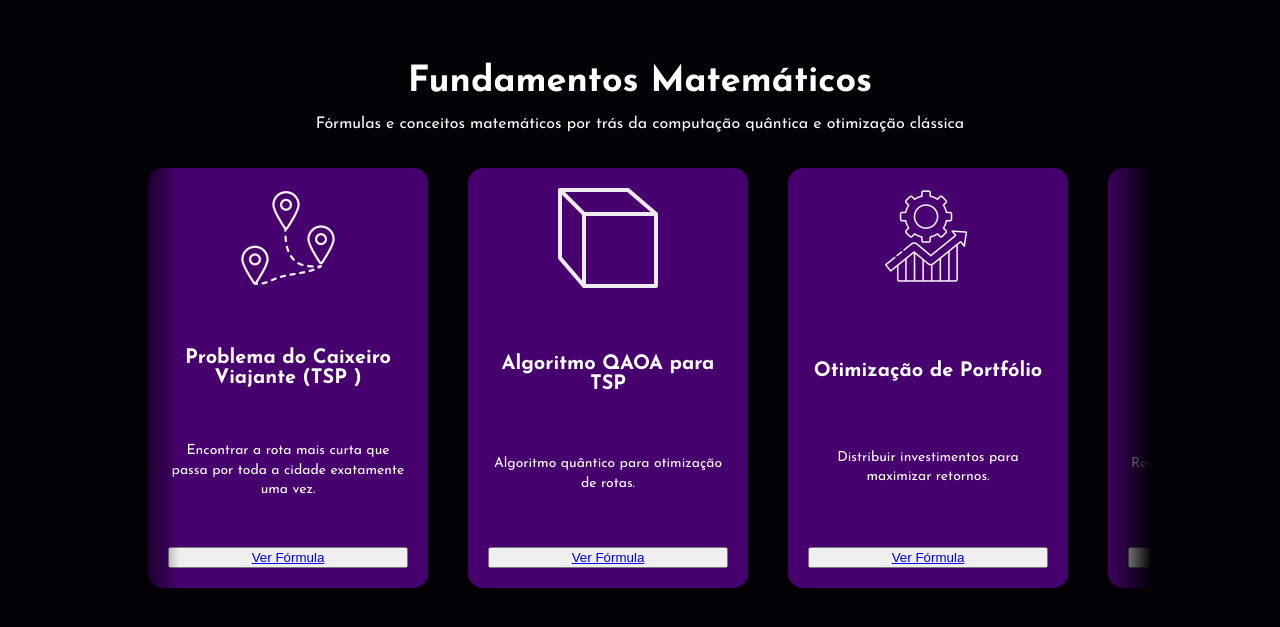
Repository: Everson9/Projeto-de-escalabilidade-quantica-definitivo
Page: fundamentos.html
These files come from the project's save history. The page is drawn as it stood at one moment and after the next save; the edit follows.
The browser window is 1280 px wide. The pictures show the whole page.

Above is the page before, as saved 2025-10-01 09:54:03.

### fundamentos.html
<!DOCTYPE html>
<html lang="pt-br">
<head>
    <meta charset="UTF-8">
    <meta name="viewport" content="width=device-width, initial-scale=1.0">
    <title>Carrossel Infinito</title>
    <link rel="stylesheet" href="fundamentos.css">
    <link href="https://fonts.googleapis.com/css2?family=Josefin+Sans:wght@400;700&display=swap" rel="stylesheet">
</head>
<body>

    <div class="fundamentos-matematicos">
        <h1>Fundamentos Matemáticos</h1>
        <p>Fórmulas e conceitos matemáticos por trás da computação quântica e otimização clássica</p>
    </div>

    <!-- Container do Carrossel -->
    <div class="carousel-container">
        <div class="carousel-track">
            <!-- Cards Originais -->
            <div class="formula_1">
                <img src="imgs_icones/CaixeiroViajante.png" alt="Ícone do Problema do Caixeiro Viajante">
                <h4>Problema do Caixeiro Viajante (TSP )</h4>
                <p>Encontrar a rota mais curta que passa por toda a cidade exatamente uma vez.</p>
                <button class="button"><a href="caixeiroviajante.html">Ver Fórmula</a></button>
            </div>
            <div class="formula_1">
                <img src="imgs_icones/QAOA.png" alt="Ícone do Algoritmo QAOA">
                <h4>Algoritmo QAOA para TSP</h4>
                <p>Algoritmo quântico para otimização de rotas.</p>
                <button class="button"><a href="AlgoritmoQAOA.html">Ver Fórmula</a></button>
            </div>
            <div class="formula_1">
                <img src="imgs_icones/OtimizacaoPortfolio.png" alt="Ícone de Otimização de Portfólio">
                <h4>Otimização de Portfólio</h4>
                <p>Distribuir investimentos para maximizar retornos.</p>
                <button class="button"><a href="Portifolio.html">Ver Fórmula</a></button>
            </div>
            <div class="formula_1">
                <img src="imgs_icones/ComplexidadeComputacional.png" alt="Ícone de Complexidade Computacional">
                <h4>Complexidade Computacional</h4>
                <p>Resolver problemas que crescem com muitos elementos.</p>
                <button class="button"><a href="Complexidade.html">Ver Fórmula</a></button>
            </div>

            <!-- Cards Duplicados para o Efeito Infinito -->
            <div class="formula_1">
                <img src="imgs_icones/CaixeiroViajante.png" alt="Ícone do Problema do Caixeiro Viajante">
                <h4>Problema do Caixeiro Viajante (TSP)</h4>
                <p>Encontrar a rota mais curta que passa por toda a cidade exatamente uma vez.</p>
                <button class="button"><a href="caixeiroviajante.html">Ver Fórmula</a></button>
            </div>
            <div class="formula_1">
                <img src="imgs_icones/QAOA.png" alt="Ícone do Algoritmo QAOA">
                <h4>Algoritmo QAOA para TSP</h4>
                <p>Algoritmo quântico para otimização de rotas.</p>
                <button class="button"><a href="AlgoritmoQAOA.html">Ver Fórmula</a></button>
            </div>
            <div class="formula_1">
                <img src="imgs_icones/OtimizacaoPortfolio.png" alt="Ícone de Otimização de Portfólio">
                <h4>Otimização de Portfólio</h4>
                <p>Distribuir investimentos para maximizar retornos.</p>
                <button class="button"><a href="Portifolio.html">Ver Fórmula</a></button>
            </div>
            <div class="formula_1">
                <img src="imgs_icones/ComplexidadeComputacional.png" alt="Ícone de Complexidade Computacional">
                <h4>Complexidade Computacional</h4>
                <p>Resolver problemas que crescem com muitos elementos.</p>
                <button class="button"><a href="Complexidade.html">Ver Fórmula</a></button>
            </div>
        </div>
    </div>

</body>
</html>

### fundamentos.css
body {
    background-color: #030105;
    font-family: 'Josefin Sans', sans-serif;
    color: #fff;
    margin: 0;
    padding: 0;
    display: flex;
    flex-direction: column;
    align-items: center;
    justify-content: flex-start;
    text-decoration: none;
    overflow-x: hidden; /* Esconde a barra de rolagem horizontal */
}

.fundamentos-matematicos {
    text-align: center;
    color: white;
    margin-top: 40px;
    margin-bottom: 20px;
}

h1 {
    font-size: 36px;
    margin-bottom: 10px;
}

/* Estilos dos Cards */
.formula_1 {
    width: 240px;
    height: 380px;
    background-color: #7703BA96;
    border-radius: 15px;
    padding: 20px;
    display: flex;
    flex-direction: column;
    justify-content: space-between;
    box-shadow: 0 4px 8px rgba(0, 0, 0, 0.2);
    margin: 0 20px; /* Espaçamento entre os cards */
    flex-shrink: 0; /* Impede que os cards encolham */
}

.formula_1 h4 {
    font-size: 20px;
    margin-bottom: 10px;
    text-align: center;
}

.formula_1 img {
    width: 100px;
    height: 100px;
    margin: 0 auto;
}

.formula_1 p {
    text-align: center;
    font-size: 14px;
    line-height: 1.4;
    margin-top: 10px;
}


.button:hover {
    background-color: #ffffffc2;
    color: #030105;
}

/* --- Novas Classes para o Carrossel --- */

.carousel-wrapper {
    position: relative; /* Necessário para posicionar as setas */
    width: 100%;
    display: flex;
    align-items: center;
    justify-content: center;
}

.carousel-container {
    width: 80%; /* Ajuste a largura conforme necessário */
    overflow: hidden;
    -webkit-mask-image: linear-gradient(to right, transparent, black 5%, black 95%, transparent);
    mask-image: linear-gradient(to right, transparent, black 5%, black 95%, transparent);
}

.carousel-track {
    display: flex;
    /* Removemos a animação automática */
    transition: transform 0.5s ease-in-out; /* Adiciona uma transição suave */
}

.carousel-btn {
    position: absolute;
    top: 50%;
    transform: translateY(-50%);
    background-color: rgba(3, 1, 5, 0.8);
    color: white;
    border: 1px solid #7703BA;
    border-radius: 50%;
    width: 50px;
    height: 50px;
    display: flex;
    align-items: center;
    justify-content: center;
    font-size: 24px;
    cursor: pointer;
    z-index: 10;
    transition: background-color 0.3s, transform 0.2s;
}

.carousel-btn:hover {
    background-color: #7703BA;
    transform: translateY(-50%) scale(1.1);
}

#prev-btn {
    left: 20px; /* Posição da seta esquerda */
}

#next-btn {
    right: 20px; /* Posição da seta direita */
}

After the next save:
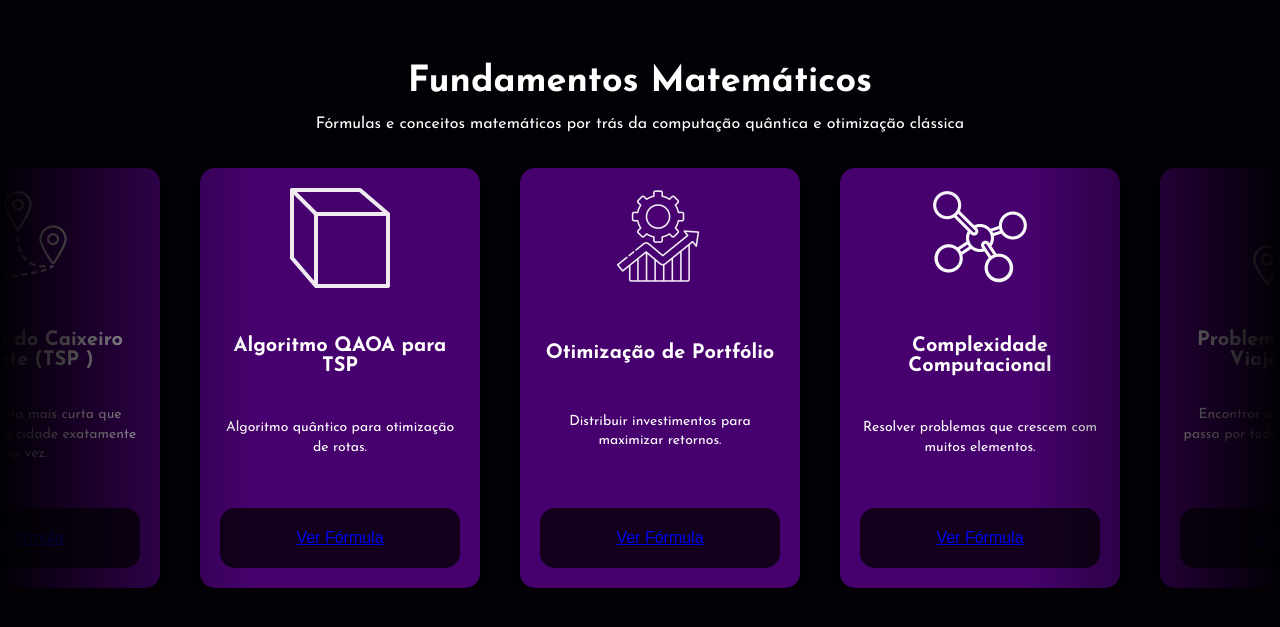
Saved 8 s later.
--- a/fundamentos.css
+++ b/fundamentos.css
@@ -58,6 +58,20 @@
     margin-top: 10px;
 }
 
+.button {
+    background-color: #030105C2;
+    border: none;
+    padding: 10px;
+    color: white;
+    font-size: 16px;
+    text-align: center;
+    height: 60px;
+    border-radius: 15px;
+    cursor: pointer;
+    text-decoration: none;
+    margin-top: 15px;
+    transition: background-color 0.3s;
+}
 
 .button:hover {
     background-color: #ffffffc2;
@@ -66,55 +80,32 @@
 
 /* --- Novas Classes para o Carrossel --- */
 
-.carousel-wrapper {
-    position: relative; /* Necessário para posicionar as setas */
+.carousel-container {
     width: 100%;
     display: flex;
-    align-items: center;
-    justify-content: center;
-}
-
-.carousel-container {
-    width: 80%; /* Ajuste a largura conforme necessário */
-    overflow: hidden;
-    -webkit-mask-image: linear-gradient(to right, transparent, black 5%, black 95%, transparent);
-    mask-image: linear-gradient(to right, transparent, black 5%, black 95%, transparent);
+    justify-content: flex-start; /* Alinha a trilha no início */
+    overflow: hidden; /* Essencial para esconder o que está fora da tela */
+    -webkit-mask-image: linear-gradient(to right, transparent, black 20%, black 80%, transparent);
+    mask-image: linear-gradient(to right, transparent, black 20%, black 80%, transparent);
 }
 
 .carousel-track {
-    display: flex;
-    /* Removemos a animação automática */
-    transition: transform 0.5s ease-in-out; /* Adiciona uma transição suave */
+    display: flex; /* Coloca os cards em linha */
+    animation: scroll 40s linear infinite; /* Aplica a animação */
 }
 
-.carousel-btn {
-    position: absolute;
-    top: 50%;
-    transform: translateY(-50%);
-    background-color: rgba(3, 1, 5, 0.8);
-    color: white;
-    border: 1px solid #7703BA;
-    border-radius: 50%;
-    width: 50px;
-    height: 50px;
-    display: flex;
-    align-items: center;
-    justify-content: center;
-    font-size: 24px;
-    cursor: pointer;
-    z-index: 10;
-    transition: background-color 0.3s, transform 0.2s;
+.carousel-container:hover .carousel-track {
+    animation-play-state: paused; /* Pausa a animação ao passar o mouse */
 }
 
-.carousel-btn:hover {
-    background-color: #7703BA;
-    transform: translateY(-50%) scale(1.1);
+/* Animação de Rolagem */
+@keyframes scroll {
+    0% {
+        transform: translateX(0);
+    }
+    100% {
+        /* Move a trilha para a esquerda pelo tamanho exato da primeira metade dos cards */
+        /* (240px de largura + 40px de margem) * 4 cards = 1120px */
+        transform: translateX(calc(-280px * 4));
+    }
 }
-
-#prev-btn {
-    left: 20px; /* Posição da seta esquerda */
-}
-
-#next-btn {
-    right: 20px; /* Posição da seta direita */
-}
